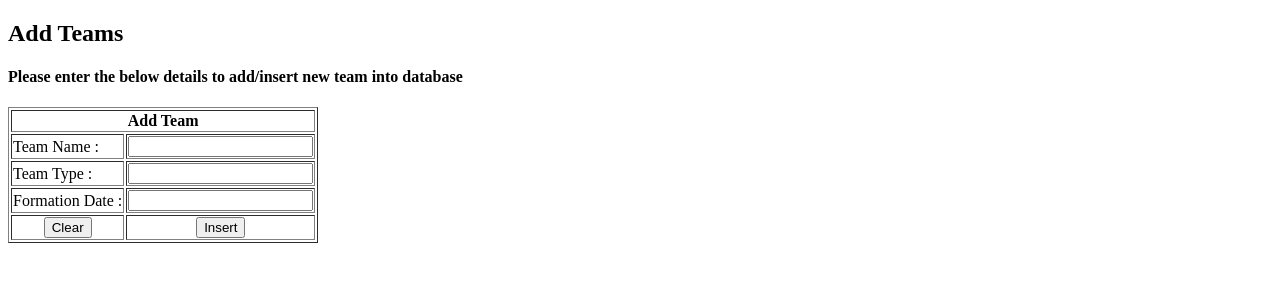
Repository: Harikiran-Madishetti/Patient-Assistance-Network
Page: http://localhost/IP_TASK7/new_teams_form.jsp
An editor plug-in stored every save of this project. The page is shown before and after the next save, followed by the edit.
The browser window is 1280 px wide. The pictures show the whole page.
The page is served by Tomcat 9. Other server files are loaded and not shown.

Above is the page before, as saved 2020-11-16 19:16:18.

### JDBC Connector/WEB Application/IP_TASK7/WebContent/new_teams_form.jsp
<!DOCTYPE html>
<html>
    <head>
        <meta charset="UTF-8">
        <title>Add Team</title>
    </head>
    <body>
        <h2>Add Teams</h2>
        <h4>Please enter the below details to add/insert new team into database </h4>
        <!--
            Form for collecting user input for the new movie_night record.
            Upon form submission, add_movie.jsp file will be invoked.
        -->
        <form action="add_new_team.jsp">
            <!-- The form organized in an HTML table for better clarity. -->
            <table border=1>
                <tr>
                    <th colspan="2">		Add Team	</th>
                </tr>
                <tr>
                    <td> Team Name : </td>
                    <td><div style="text-align: center;">
                    <input type=text name=team_name>
                    </div></td>
                </tr>
                <tr>
                    <td> Team Type : </td>
                    <td><div style="text-align: center;">
                    <input type=text name=team_type>
                    </div></td>
                </tr>
                <tr>
                    <td> Formation Date : </td>
                    <td><div style="text-align: center;">
                    <input type=text name=formation_date>
                    </div></td>
                </tr>
                <tr>
                    <td><div style="text-align: center;">
                    <input type=reset value=Clear>
                    </div></td>
                    <td><div style="text-align: center;">
                    <input type=submit value=Insert>
                    </div></td>
                </tr>
            </table>
        </form>
    </body>
</html>

After the next save:
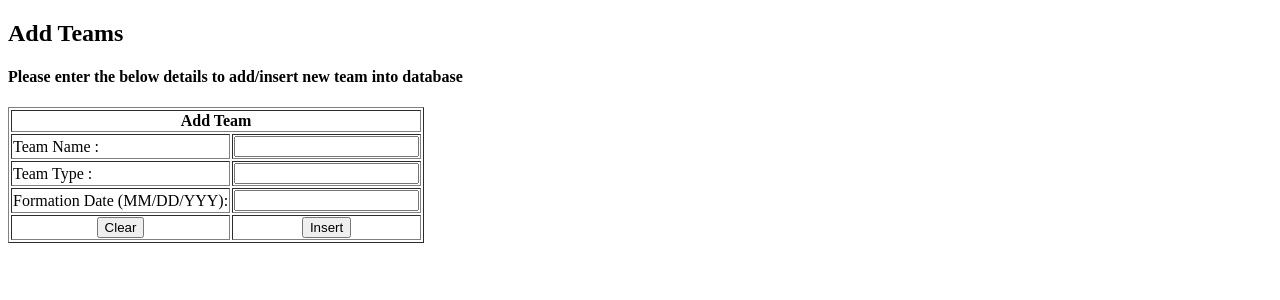
Saved 52 s later.
--- a/JDBC Connector/WEB Application/IP_TASK7/WebContent/new_teams_form.jsp
+++ b/JDBC Connector/WEB Application/IP_TASK7/WebContent/new_teams_form.jsp
@@ -30,7 +30,7 @@
                     </div></td>
                 </tr>
                 <tr>
-                    <td> Formation Date : </td>
+                    <td> Formation Date (MM/DD/YYY): </td>
                     <td><div style="text-align: center;">
                     <input type=text name=formation_date>
                     </div></td>
